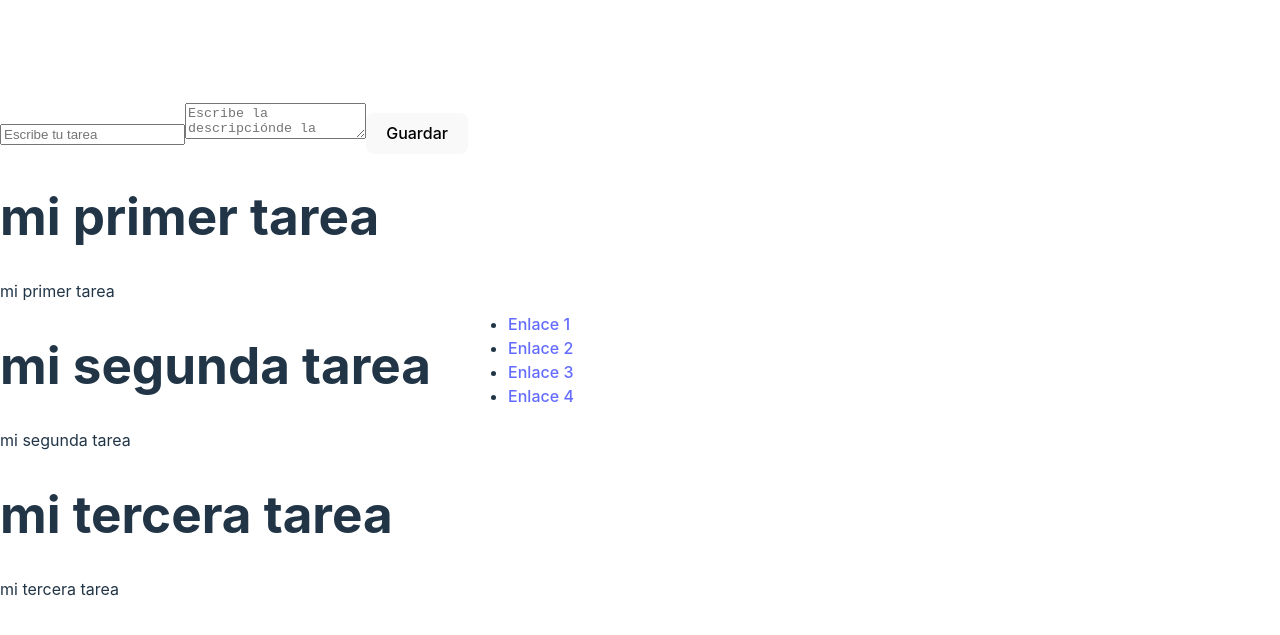
Repository: Ciromontes/AgendaTuTarea
Page: /
These files come from the project's save history. The page is drawn as it stood at one moment and after the next save; the edit follows.
The browser window is 1280 px wide. The pictures show the whole page.
The project was rebuilt for these pictures with package versions that can differ from the ones it lists, and the page was loaded fresh each time. Also part of the build but not shown: vite.config.js.

Above is the page before, as saved 2023-09-18 16:33:06.

### index.html
<!doctype html>
<html lang="en">
  <head>
    <meta charset="UTF-8" />
    <link rel="icon" type="image/svg+xml" href="/vite.svg" />
    <meta name="viewport" content="width=device-width, initial-scale=1.0" />
    <title>Vite + React</title>
  </head>
  <body>
    <div id="root"></div>

    <ul>
      <li><a href="">Enlace 1</a></li>
      <li><a href="">Enlace 2</a></li>
      <li><a href="">Enlace 3</a></li>
      <li><a href="">Enlace 4</a></li>
    </ul>
    <script type="module" src="/src/main.jsx"></script>
  </body>
</html>

### src/App.jsx

import TaskList from './components/TaskList'
import TaskForm from './components/TaskForm'
import {tasks as data} from './data/tasks'
import { useState, useEffect } from 'react'

function App() {

    const[tasks, setTasks]= useState([]);

    useEffect(() =>{
        setTasks(data)
    },[]);

    function createTask(task){
      setTasks([...tasks, {
        title: task.title,
        id: tasks.length,
        description: task.description
      }])
    }

  return (
    <>
      <TaskForm createTask={createTask}/>
      <TaskList tasks={tasks}/>
    </>
  )
}

export default App;

### src/components/TaskList.jsx
import TaskCard from "./TaskCard";
function TaskList({ tasks }) {


    if (tasks.length === 0){
        return <h1>Noy hay tareas aún</h1>
       }


  return (
    <div>
      {tasks.map((task) => (
        <TaskCard key={task.id} task={task} />
      ))}
    </div>
  );
}

export default TaskList

### src/components/TaskForm.jsx
import { useState } from "react";

function TaskForm({ createTask }) {

    const [title, setTitle] = useState("");
    const [description, setDescription] = useState("");

    const handleSubmit = (e) => {
        e.preventDefault();
        createTask({
            title,
            description
        });
        setTitle('')
        setDescription('')

    }

    return (
        <form onSubmit={handleSubmit}>
            <input
                placeholder="Escribe tu tarea"
                onChange={(e) => setTitle(e.target.value)}
                value = {title}
            />
            <textarea placeholder="Escribe la descripciónde la tarea"
                onChange={(e) => setDescription(e.target.value)}
                value = {description}
            ></textarea>

            <button>
                Guardar
            </button>
        </form>
    );
}

export default TaskForm;

### src/data/tasks.js
export const tasks = [
    {
        id: 0,
        title: 'mi primer tarea',
        description: "mi primer tarea",

    },
    {
        id: 1,
        title: 'mi segunda tarea',
        description: "mi segunda tarea",

    }, {
        id: 2,
        title: 'mi tercera tarea',
        description: "mi tercera tarea",

    }
];

### src/components/TaskCard.jsx
function TaskCard({ task }) {
    return (
        <div>
            <h1>{task.title}</h1>
            <p>{task.description}</p>
        </div>
    );
}

export default TaskCard;

Loaded but not shown: src/main.jsx (common file); src/index.css (common file)

After the next save:
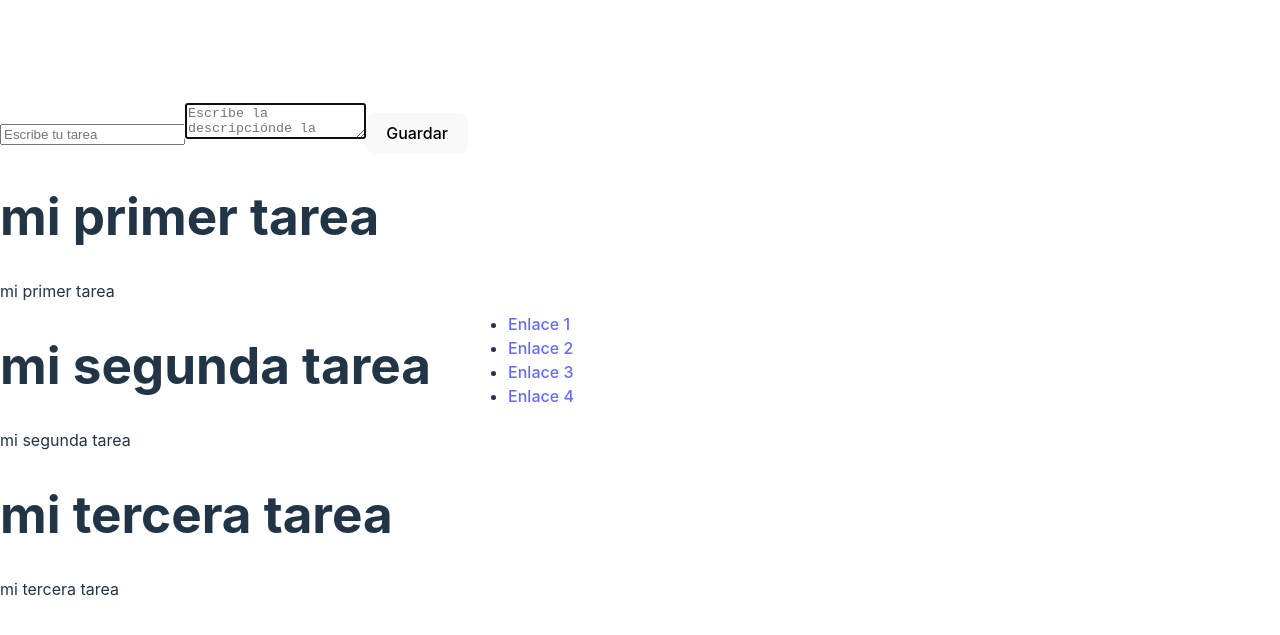
Saved 77 s later.
--- a/src/components/TaskForm.jsx
+++ b/src/components/TaskForm.jsx
@@ -22,10 +22,12 @@ function TaskForm({ createTask }) {
                 placeholder="Escribe tu tarea"
                 onChange={(e) => setTitle(e.target.value)}
                 value = {title}
+                autoFocus
             />
             <textarea placeholder="Escribe la descripciónde la tarea"
                 onChange={(e) => setDescription(e.target.value)}
                 value = {description}
+                autoFocus
             ></textarea>
 
             <button>
